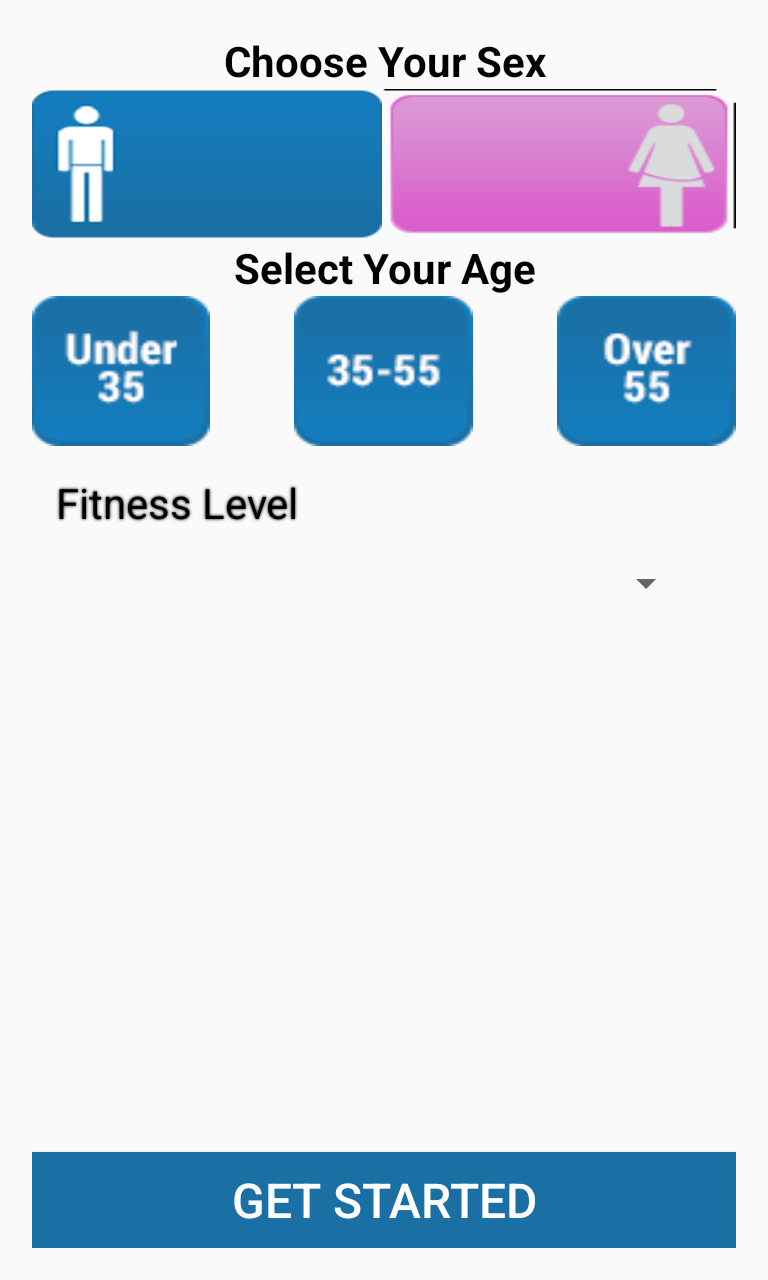
Repository: hackathon-2014/devdroid-repo
Layout: HealthyCompetition/res/layout/profile.xml
The author's editor kept a copy of each file at every save. The layout is drawn from the files as they stood at one save, then again after the next save.
It is drawn on a 768 x 1280 px phone screen (xhdpi) without system bars, with theme AppTheme; the app's code is not run.

Above is the layout before, as saved 2014-08-24 00:56:04.

After the next save:
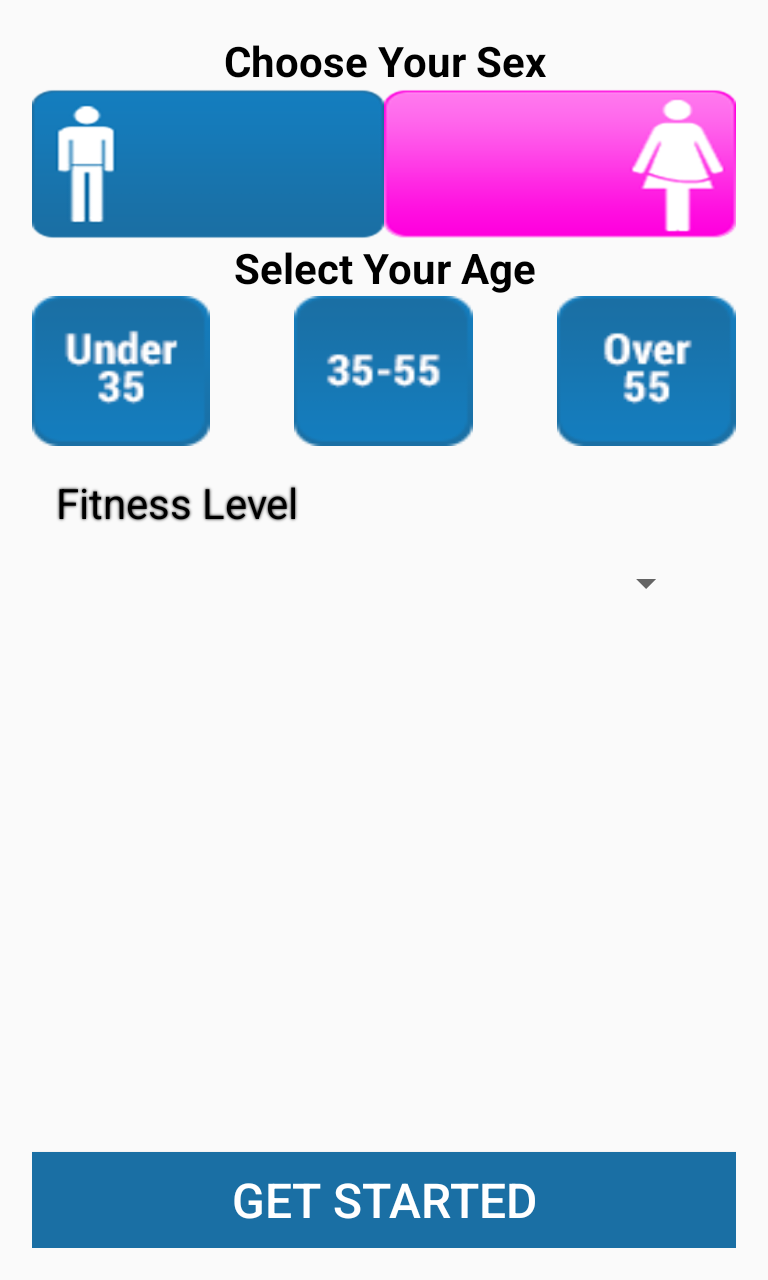
Saved 24 s later.
--- a/HealthyCompetition/res/layout/profile.xml
+++ b/HealthyCompetition/res/layout/profile.xml
@@ -39,7 +39,7 @@
             android:layout_width="wrap_content"
             android:layout_height="75dp"
             android:layout_weight="1"
-            android:background="@drawable/female_button_inactive9" />
+            android:background="@drawable/female_button" />
     </LinearLayout>
 
     <TextView
